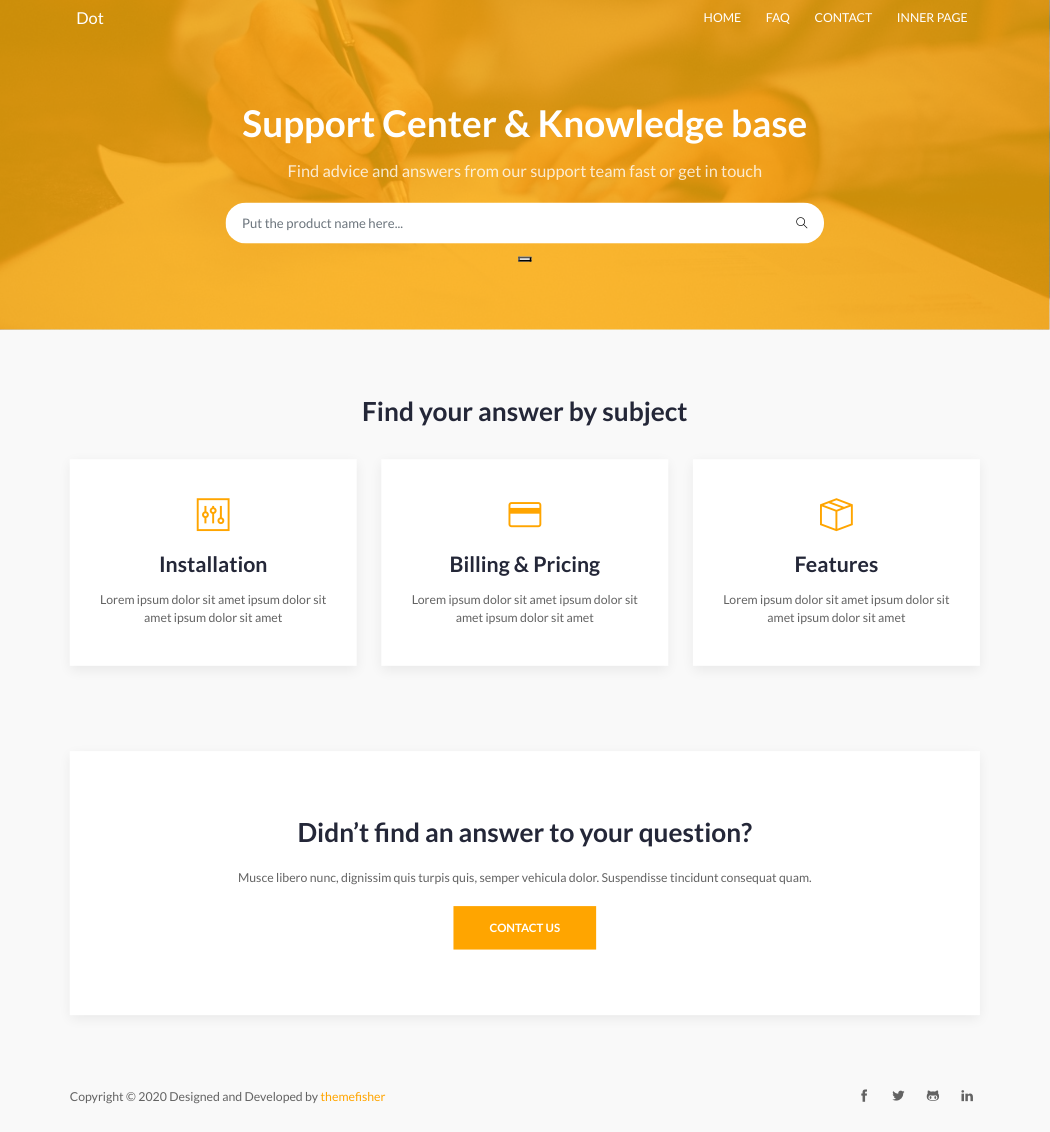
Repository: AlexThyCoolest/ReviewReader
Page: http://localhost/
An editor plug-in stored every save of this project. The page is shown before and after the next save, followed by the edit.
The browser window is 1280 px wide. The pictures show the whole page, at 82% of full size.
The page is served by the project's application, run on Flask 3 (main.py).

Above is the page before, as saved 2024-07-23 10:37:33.

After the next save:
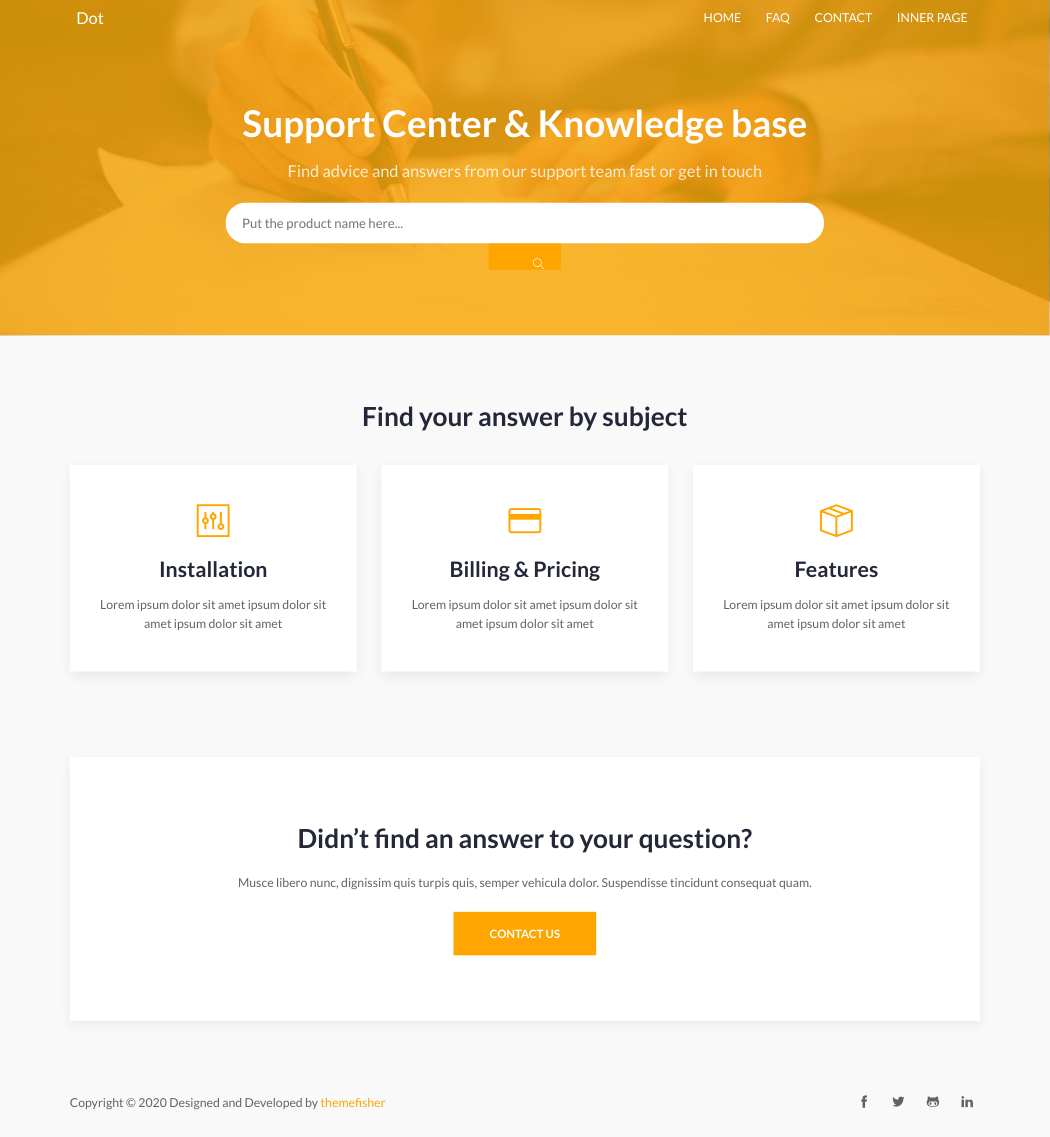
Saved 9 s later.
--- a/OYT/templates/index.html
+++ b/OYT/templates/index.html
@@ -78,7 +78,7 @@
                     <div class="position-relative">
                         <input id="articleURL" name="articleURL" type="text" class="form-control"
                             placeholder="Put the product name here...">
-                        <button><i class="ti-search search-icon"></i></button>
+                        <button type="submit" class="btn btn-primary"><i class="ti-search search-icon"></i></button>
                     </div>
                 </div>
             </div>
